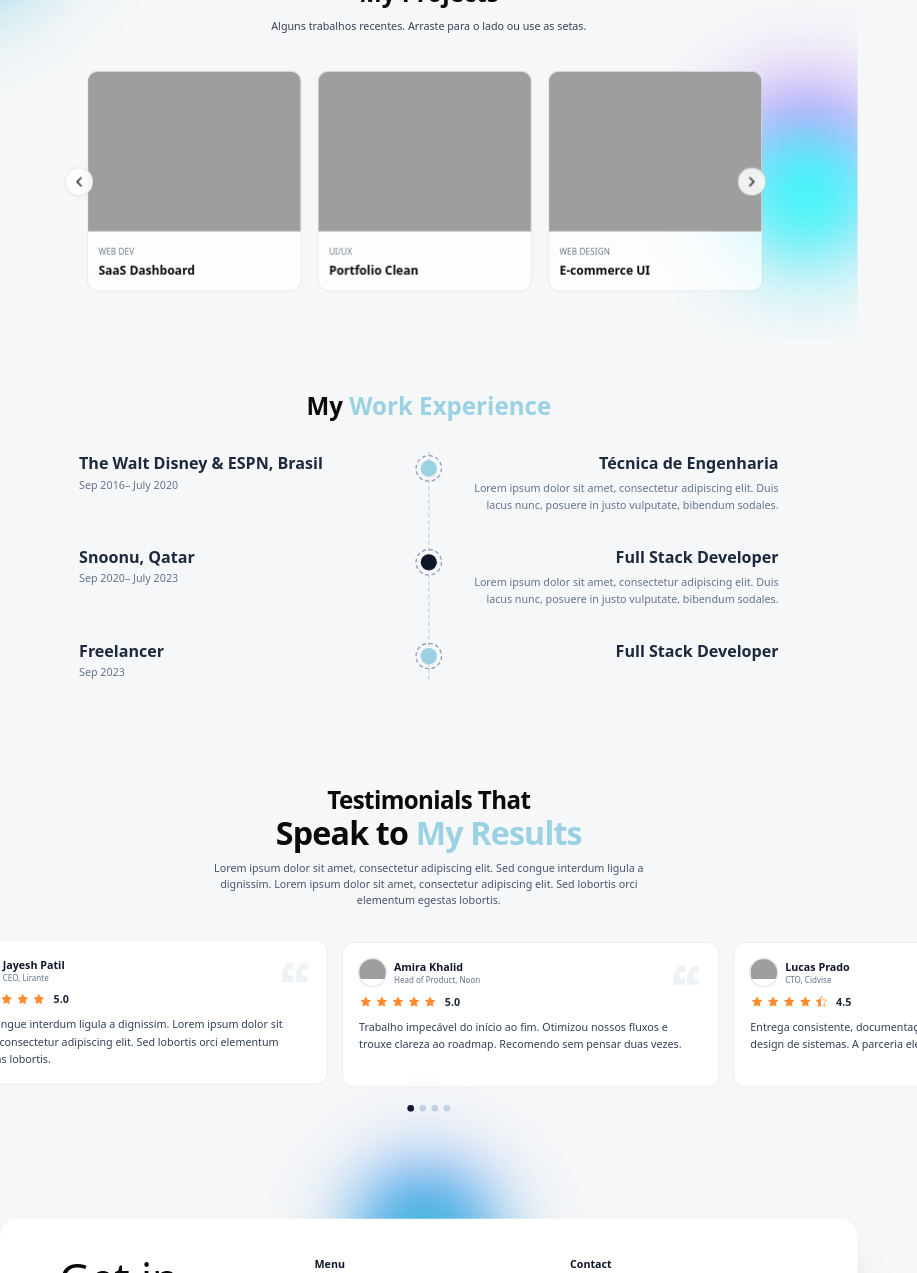
Repository: nina-rebello/portfolio
Page: /
The author's editor kept a copy of each file at every save. The page is drawn from the files as they stood at one save, then again after the next save.
The browser window is 1280 px wide. The page is 1368 px wide, so the pictures cover 1368 px, including what lies to the right of the window. The pictures show the part of the page from y = 1621 to 3521 px (the page is 3797 px tall), at 67% of full size.
Pictures or frames that could not be fetched are drawn as grey boxes. The project was rebuilt for these pictures with package versions that can differ from the ones it lists, and the page was loaded fresh each time. Some packages were replaced by stand-ins written for this rebuild. The framework's server and built-in components were replaced by stand-ins that run in the browser. Also part of the build but not shown: next.config.ts.

Above is the page before, as saved 2025-09-12 13:20:23.

After the next save:
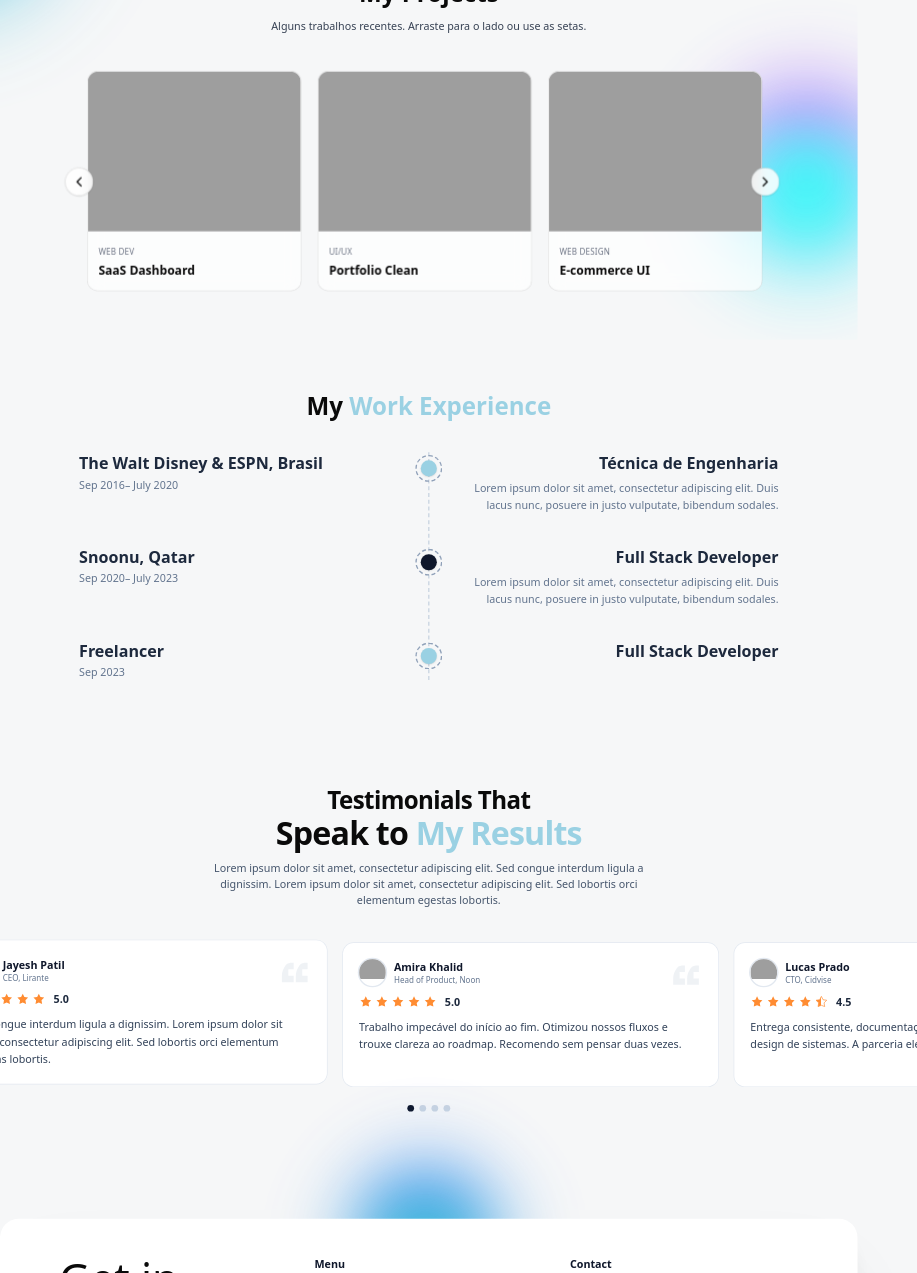
Saved 5 s later.
--- a/components/sections/Projects.tsx
+++ b/components/sections/Projects.tsx
@@ -163,7 +163,7 @@ export default function Projects() {
           <button
             onClick={() => scrollByCards(1)}
             aria-label="Próximo"
-            className="absolute right-10 top-1/2 -translate-y-1/2 translate-x-1/2
+            className="absolute right-5 top-1/2 -translate-y-1/2 translate-x-1/2
                        rounded-full p-2 bg-white/85 backdrop-blur border border-black/10 hover:bg-white shadow"
           >
             <ChevronRight />
